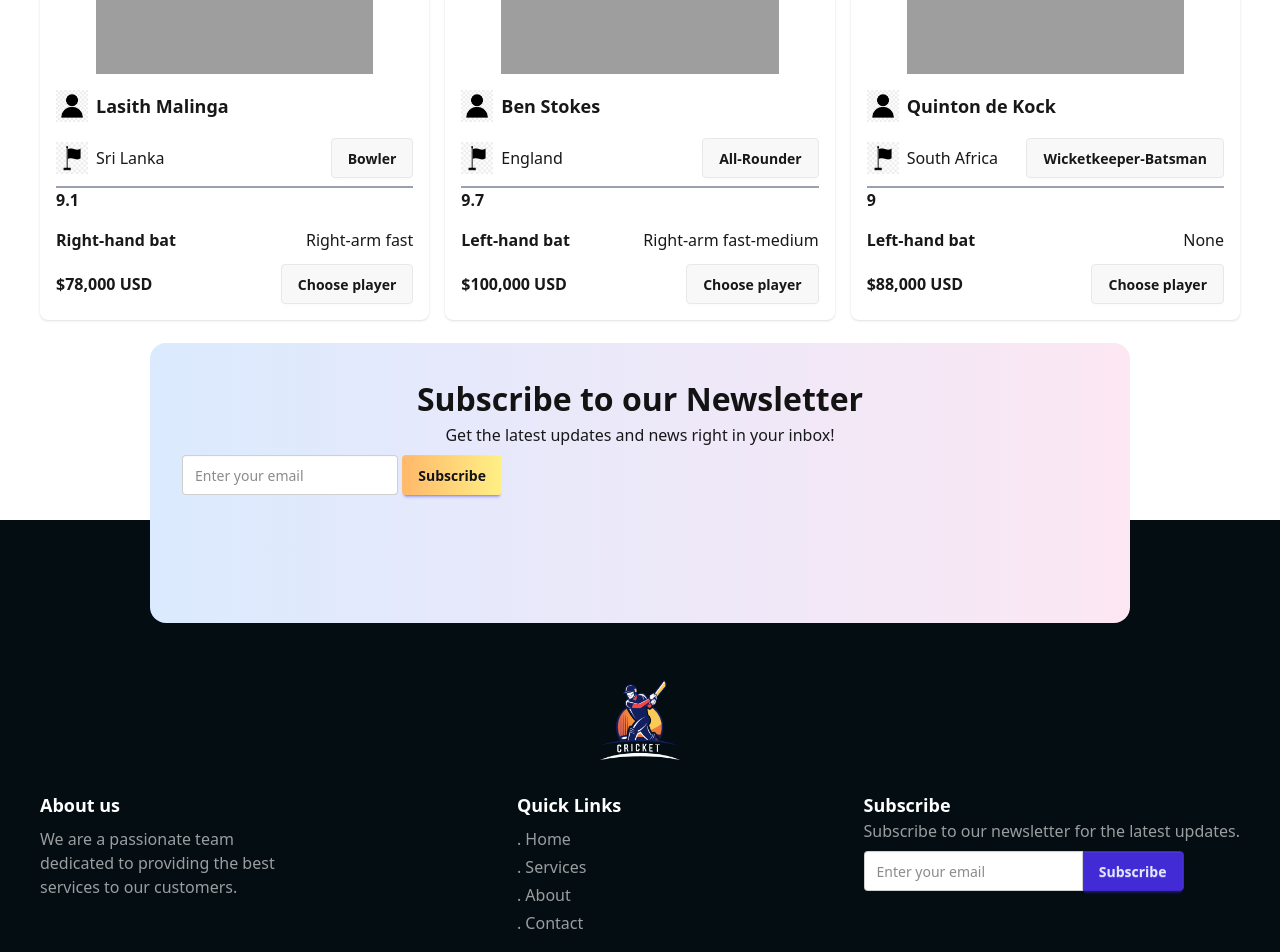
Repository: SanjidaSnigdha/Select-your-eleven
Page: /
These files come from the project's save history. The page is drawn as it stood at one moment and after the next save; the edit follows.
The browser window is 1280 px wide. The pictures show the part of the page from y = 2757 to 3709 px (the page is 3807 px tall).
Pictures or frames that could not be fetched are drawn as grey boxes. The project was rebuilt for these pictures with package versions that can differ from the ones it lists, and the page was loaded fresh each time. Also part of the build but not shown: vite.config.js, src/App.css, src/components/SelectedCard/SelectedCard.jsx, src/components/SelectedPlayers/SelectedPlayers.jsx.

Above is the page before, as saved 2026-03-23 02:06:49.

### index.html
<!doctype html>
<html lang="en" style="color-scheme: light;">
  <head>
    <meta charset="UTF-8" />
    <link rel="icon" type="image/svg+xml" href="/favicon.svg" />
    <meta name="viewport" content="width=device-width, initial-scale=1.0" />
    <title>select-your-eleven</title>
  </head>
  <body>
    <div id="root"></div>
    <script type="module" src="/src/main.jsx"></script>
  </body>
</html>

### src/index.css
 @import "tailwindcss";
 @plugin "daisyui" {
  themes: light --default, dark --prefersdark;
  themes: light --default;
 }

### src/App.jsx

import './App.css'
import { ToastContainer } from 'react-toastify';

import AvailablePlayers from './components/AvailablePlayers/AvailablePlayers'
import SelectedPlayers from './components/SelectedPlayers/SelectedPlayers'
import Navbar from './components/Navbar/Navbar'
import { Suspense, useState } from 'react'
import Banner from './components/Banner/Banner';
import Footer from './components/Footer/Footer';
import NewsLetter from './components/NewsLetter/NewsLetter';

const fetchPlayers = async () =>{
  const res = await fetch("/players.json")
  return res.json()
}
const playersPromise = fetchPlayers()


function App() {
  const [toggle,setToggle] = useState(true)
  const [availableBalance,setAvailableBalance] = useState(600000)
  const [purchasedPlayers,setPurchasedPlayers] = useState([])
  const removePlayer = (p) =>{
    const filteredData = purchasedPlayers.filter(ply=> ply.player_name!==p.player_name)
    console.log(filteredData)
    setPurchasedPlayers(filteredData)
    setAvailableBalance(availableBalance+parseInt(p.price.split("USD").join("").
                split(",").join("")))

  }

  return (
    <>
   <Navbar availableBalance={availableBalance}></Navbar>
   <Banner></Banner>
   <div className='max-w-[1200px] mx-auto flex justify-between items-center'>
    <h1 className='font-bold text-2xl'>{
    toggle===true?"Available players":`Selected players(${purchasedPlayers.length}/6)`}</h1>
    <div className='font-bold'>
      <button onClick={()=>setToggle(true)} className={`py-3 px-4 border-1 border-gray-400 rounded-l-2xl border-r-0 ${toggle===true?"bg-[#E7FE29]":""}`}>Available</button>
      <button onClick={()=>setToggle(false)} className={`py-3 px-4 border-1 border-gray-400 rounded-r-2xl border-l-0 ${toggle===false?"bg-[#E7FE29]":""}`}>Selected <span>({purchasedPlayers.length})</span></button>
    </div>

   </div>

     {
      toggle === true?<Suspense fallback={<span className="loading loading-spinner loading-xl"></span>
}>
    <AvailablePlayers purchasedPlayers={purchasedPlayers} setPurchasedPlayers={setPurchasedPlayers} availableBalance={availableBalance} setAvailableBalance={setAvailableBalance} playersPromise={playersPromise}></AvailablePlayers>
</Suspense>:<SelectedPlayers removePlayer={removePlayer} purchasedPlayers={purchasedPlayers} setToggle={setToggle}></SelectedPlayers>

     }



      <ToastContainer></ToastContainer>
      <NewsLetter></NewsLetter>
      <Footer></Footer>

    </>
  )
}

export default App

### src/components/AvailablePlayers/AvailablePlayers.jsx
import React, { use } from 'react';

import PlayerCard from '../PlayerCard/PlayerCard';

const AvailablePlayers = ({playersPromise,setAvailableBalance,availableBalance,purchasedPlayers,setPurchasedPlayers}) => {
    const playerData = use(playersPromise)
    return (
        <div className='max-w-[1200px] mx-auto grid grid-cols-1 md:grid-cols-3 gap-4'>

            {
              playerData.map(player=><PlayerCard setPurchasedPlayers={setPurchasedPlayers} purchasedPlayers={purchasedPlayers} availableBalance={availableBalance} setAvailableBalance={setAvailableBalance} player={player}></PlayerCard>


              )
            }

        </div>
    );
};

export default AvailablePlayers;

### src/components/Navbar/Navbar.jsx
import React from 'react';
import navImg from "../../assets/logo.png"
import dollarImg from "../../assets/dollar-1.png"

const Navbar = ({availableBalance}) => {
    return (

         <div className="navbar max-w-[1200px] mx-auto">
          <div className="flex-1">
            <a className="text-xl">
              <img className="w-60px h-50px mt-4" src={navImg} alt="" />
           </a>
          </div>
          <div className='flex justify-between items-center text-gray-500 w-60 h-20 font-semibold mr-30 gap-4'>
            <a>Home</a>
            <a>Fixture</a>
            <a>Teams</a>
            <a>Schedules</a>
          </div>
          <div className="flex items-center gap-1 ml-4">
          <span className='mr-1'>{availableBalance}</span>
          <span className='mr-1'>Coin</span>
          <img className="w-5 h-5" src={dollarImg} alt="" />
         </div>
       </div>
    );

};

export default Navbar;

### src/components/Banner/Banner.jsx
import React from 'react';
import bannerImg from '../../assets/banner-main.png'

const Banner = () => {
    return (
        <div className='max-w-[1200px] mx-auto h-[475px] bg-[#131313]/90 mt-8 mb-10 rounded-3xl relative'>
           <img src={bannerImg} alt="" className='w-2/12 mx-auto p-10'/>
           <div>
            <h1 className='font-bold w-[970px] h-[60px] text-[#FFFFFF] w-2/12 mx-auto text-center mt-2 text-xl'>Assemble Your Ultimate Dream 11 Cricket Team</h1>
            <p className='text-[#FFFFFF]/70 text-center'>Beyond Boundaries Beyond Limits</p>
            <button className='btn border-amber-400 p-1 flex mt-8 rounded-xl font-bold bg-[#E7FE29] w-2/12 mx-auto text-center items-center'>Claim Free Credit</button>
           </div>
        </div>

    );
};

export default Banner;

### src/components/Footer/Footer.jsx
import React from 'react';
import footerImg from "../../assets/logo-footer.png"

const Footer = () => {
    return (
        <footer className="bg-[#040D11] text-base-content p-10 mt-50 w-full h-[530px] relative">
            {/* Footer Image */}
            <div className='flex justify-center mt-30'>
            <img src={footerImg} alt="" className='w-20 h-20 mb-8'/>
            </div>
   <div className='flex flex-col md:flex-row justify-between gap-8'>
    <div>
    <h6 className="font-semibold text-[18px] text-[#FFFFFF]">About us</h6>
    <p className='mt-2 text-[#FFFFFF]/60'>We are a passionate team<br></br>dedicated to providing the best <br></br> services to our customers.</p>

  </div>
  <div className='text-[#FFFFFF]'>
    <h6 className="font-semibold text-[18px]">Quick Links</h6>
    <div className='flex flex-col mt-2 gap-1 text-[#FFFFFF]/60'>
    <a className="link link-hover">. Home</a>
    <a className="link link-hover">. Services</a>
    <a className="link link-hover">. About</a>
    <a className="link link-hover">. Contact</a>
    </div>
  </div>

  <form>
    <h6 className="text-[#FFFFFF] font-semibold text-[18px]">Subscribe</h6>
    <p className='text-[#FFFFFF]/60'>Subscribe to our newsletter for the latest updates.</p>
    <fieldset className="w-80">
      <div className="join mt-2">
        <input
          type="text"
          placeholder="Enter your email"
          className="input input-bordered join-item" />
        <button className="btn btn-primary join-item">Subscribe</button>
      </div>
    </fieldset>
  </form>

  </div>
  <div className='text-center'>
     <p className='text-[#FFFFFF]/60 mt-8'>@2024 Your Company All Rights Reserved.</p>
</div>
</footer>
    );
};

export default Footer;

### src/components/NewsLetter/NewsLetter.jsx
import React from 'react';

const NewsLetter = () => {
    return (
        <div className='w-[980px] h-[280px] rounded-2xl bg-gradient-to-r from-blue-100 via-white-100 to-pink-100 absolute -bottom-665 left-1/2 transform -translate-x-1/2 z-10 mt-8 items-center text-center p-8'>
            <h1 className='font-bold text-[32px] text-[#131313]'>Subscribe to our Newsletter</h1>
            <p className='bg-[#131313]70'>Get the latest updates and news right in your inbox!</p>
             <form>
    <fieldset className="w-80">
      <div className="gap-1 mt-2 flex">
        <input
          type="text"
          placeholder="Enter your email"
          className="input" />
        <button className="btn btn-primary bg-gradient-to-l border-none from bg-yellow-200 to-orange-300 text-[#131313] font-bold">Subscribe</button>
      </div>
    </fieldset>
  </form>

        </div>
    );
};

export default NewsLetter;

### src/components/PlayerCard/PlayerCard.jsx
import React, { useState } from 'react';
import userImg from "../../assets/man.png"
import flagImg from "../../assets/flag.jpg"
import { toast } from 'react-toastify';

const PlayerCard = ({player,setAvailableBalance,availableBalance,purchasedPlayers,setPurchasedPlayers}) => {
    const [isSelected,setIsSelected] = useState(false)

    const handleSelected = (playerData) =>{
        const playerPrice = parseInt(playerData.price.split("USD").join("").
                split(",").join(""))
                if(availableBalance<playerPrice){
                    toast("Not enough coins!!")
                    return
                }
                if(purchasedPlayers.length===6){
                    toast("6 players already selected")
                    return
                }

         setIsSelected(true)
                setAvailableBalance(availableBalance - playerPrice);
                setPurchasedPlayers([...purchasedPlayers,playerData])


    };
    return (
                        <div className="card bg-base-100 shadow-sm p-4">
         <figure className="px-10 pt-10">
           <img
             src={player.player_image}
             alt="Shoes"
             className='w-full h-[280px] object-cover'
              />
         </figure>
         <div className="mt-4">
           <div className='flex'>
               <img className='w-8 h-8' src={userImg} alt="" /><h2 className='card-title ml-2'>{player.player_name}</h2>
           </div>
           <div className='flex justify-between mt-4 border-b-2 border-gray-400 pb-2'>
       <div className='flex items-center'>
           <img className='w-8 h-8' src={flagImg} alt="" />
           <span className='ml-2'>{player.player_country}</span>
           </div>
           <button className='btn'>{player.playing_role}</button>
           </div>
       <div className='flex justify-between font-bold'>
           <span>{player.rating}</span>

       </div>
       <div className='flex justify-between mt-4'>
           <span className='font-bold'>{player.bating_style}</span>
           <span>{player.bowling_style}</span>
       </div>

           <div className="card-actions mt-3 flex justify-between items-center">
               <p className='font-bold'>${player.price}</p>
             <button disabled={isSelected} onClick={()=>{handleSelected(player)

             }} className="btn">{isSelected===true?"Selected":"Choose player"}</button>
           </div>
         </div>
       </div>
    );
};

export default PlayerCard;

### public/players.json
[
  {
    "player_image": "https://i.ibb.co.com/CKt7DdsZ/shakib-al-hasan-smiling-8olow941lckcha6b.jpg",
    "player_name": "Shakib Al Hasan",
    "player_country": "Bangladesh",
    "playing_role": "All-Rounder",
    "rating": 9.5,
    "bating_style": "Left-hand bat",
    "bowling_style": "Slow left-arm orthodox",
    "price": "75,000 USD"
  },
  {
    "player_image": "https://i.ibb.co.com/WWKnGkNs/Faf-du-Plessis.jpg",
    "player_name": "Faf du Plessis",
    "player_country": "South Africa",
    "playing_role": "Batsman",
    "rating": 9.0,
    "bating_style": "Right-hand bat",
    "bowling_style": "Right-arm medium",
    "price": "70,000 USD"
  },
  {
    "player_image": "https://i.ibb.co.com/XZxnnz3F/Rashid-Khan.jpg",
    "player_name": "Rashid Khan",
    "player_country": "Afghanistan",
    "playing_role": "Bowler",
    "rating": 9.8,
    "bating_style": "Right-hand bat",
    "bowling_style": "Right-arm leg spin",
    "price": "85,000 USD"
  },
  {
    "player_image": "https://i.ibb.co.com/4w5xgSNn/liton-das.jpg",
    "player_name": "Liton Das",
    "player_country": "Bangladesh",
    "playing_role": "Wicketkeeper-Batsman",
    "rating": 8.7,
    "bating_style": "Right-hand bat",
    "bowling_style": "None",
    "price": "60,000 USD"
  },
  {
    "player_image": "https://i.ibb.co.com/391gsfv8/Andre-Russell.jpg",
    "player_name": "Andre Russell",
    "player_country": "West Indies",
    "playing_role": "All-Rounder",
    "rating": 9.6,
    "bating_style": "Right-hand bat",
    "bowling_style": "Right-arm fast",
    "price": "90,000 USD"
  },
  {
    "player_image": "https://i.ibb.co.com/67D8FvCn/Mustafizur-Rahman.webp",
    "player_name": "Mustafizur Rahman",
    "player_country": "Bangladesh",
    "playing_role": "Bowler",
    "rating": 8.9,
    "bating_style": "Left-hand bat",
    "bowling_style": "Left-arm fast-medium",
    "price": "65,000 USD"
  },
  {
    "player_image": "https://i.ibb.co.com/h1wRWkVC/David-Warner.jpg",
    "player_name": "David Warner",
    "player_country": "Australia",
    "playing_role": "Batsman",
    "rating": 9.4,
    "bating_style": "Left-hand bat",
    "bowling_style": "Right-arm leg spin",
    "price": "95,000 USD"
  },
  {
    "player_image": "https://i.ibb.co.com/0VsmTGGY/Sunil-Narine.jpg",
    "player_name": "Sunil Narine",
    "player_country": "West Indies",
    "playing_role": "All-Rounder",
    "rating": 9.2,
    "bating_style": "Left-hand bat",
    "bowling_style": "Right-arm off spin",
    "price": "80,000 USD"
  },
  {
    "player_image": "https://i.ibb.co.com/HpkRbDz3/Babar.png",
    "player_name": "Babar Azam",
    "player_country": "Pakistan",
    "playing_role": "Batsman",
    "rating": 9.3,
    "bating_style": "Right-hand bat",
    "bowling_style": "None",
    "price": "92,000 USD"
  },
  {
    "player_image": "https://i.ibb.co.com/dsk08w2x/Lasith-Malinga1.jpg",
    "player_name": "Lasith Malinga",
    "player_country": "Sri Lanka",
    "playing_role": "Bowler",
    "rating": 9.1,
    "bating_style": "Right-hand bat",
    "bowling_style": "Right-arm fast",
    "price": "78,000 USD"
  },
  {
    "player_image": "https://i.ibb.co.com/s9vHr4tS/Ben-Stokes.png",
    "player_name": "Ben Stokes",
    "player_country": "England",
    "playing_role": "All-Rounder",
    "rating": 9.7,
    "bating_style": "Left-hand bat",
    "bowling_style": "Right-arm fast-medium",
    "price": "100,000 USD"
  },
  {
    "player_image": "https://i.ibb.co.com/gFhPmT1c/Quinton-de-Kock1.jpg",
    "player_name": "Quinton de Kock",
    "player_country": "South Africa",
    "playing_role": "Wicketkeeper-Batsman",
    "rating": 9.0,
    "bating_style": "Left-hand bat",
    "bowling_style": "None",
    "price": "88,000 USD"
  }
]

Loaded but not shown: src/main.jsx (common file)

After the next save:
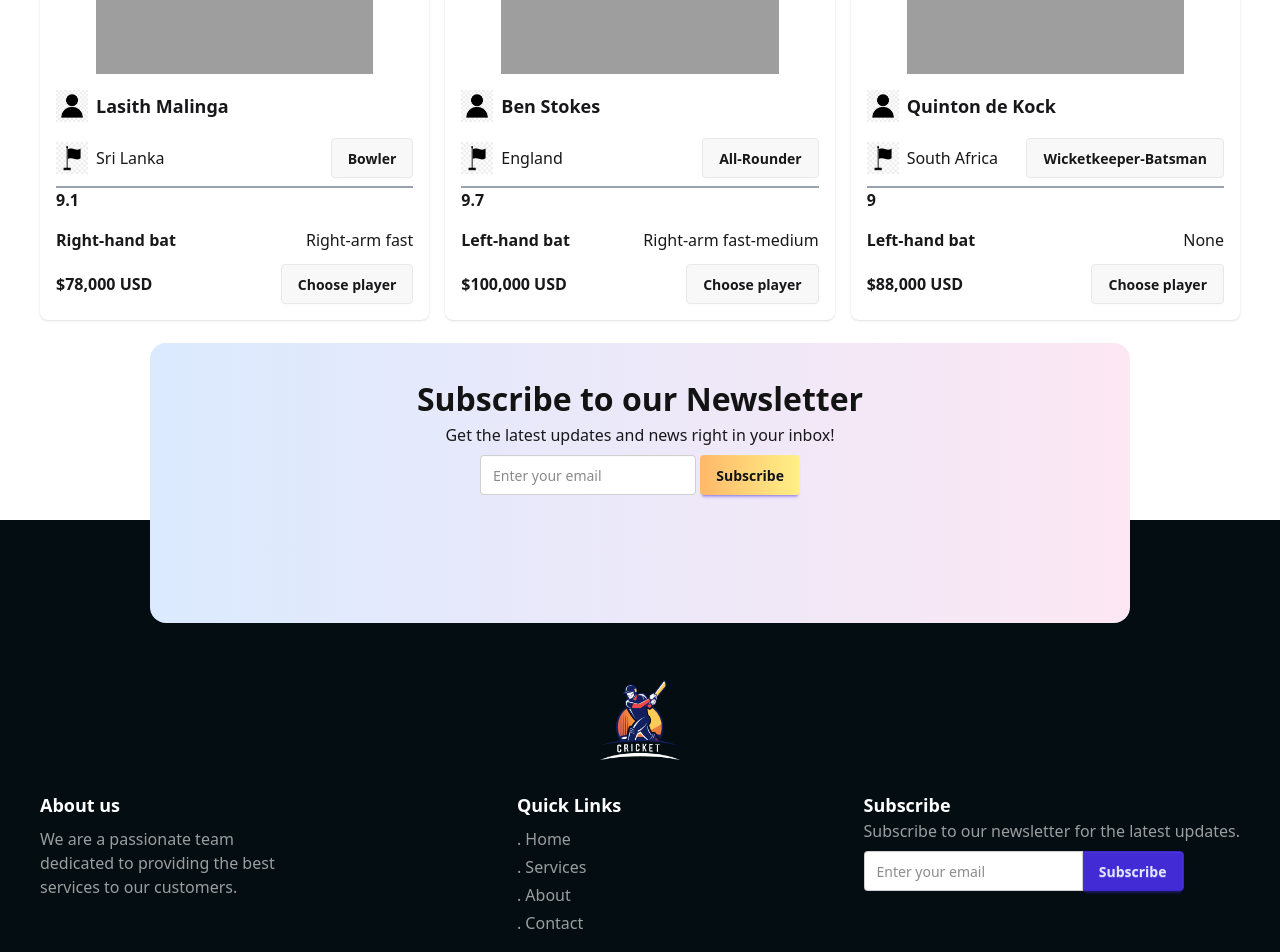
Saved 117 s later.
--- a/src/components/NewsLetter/NewsLetter.jsx
+++ b/src/components/NewsLetter/NewsLetter.jsx
@@ -6,7 +6,7 @@
             <h1 className='font-bold text-[32px] text-[#131313]'>Subscribe to our Newsletter</h1>
             <p className='bg-[#131313]70'>Get the latest updates and news right in your inbox!</p>
              <form>
-    <fieldset className="w-80">
+    <fieldset className="w-80 mx-auto">
       <div className="gap-1 mt-2 flex">
         <input
           type="text"
